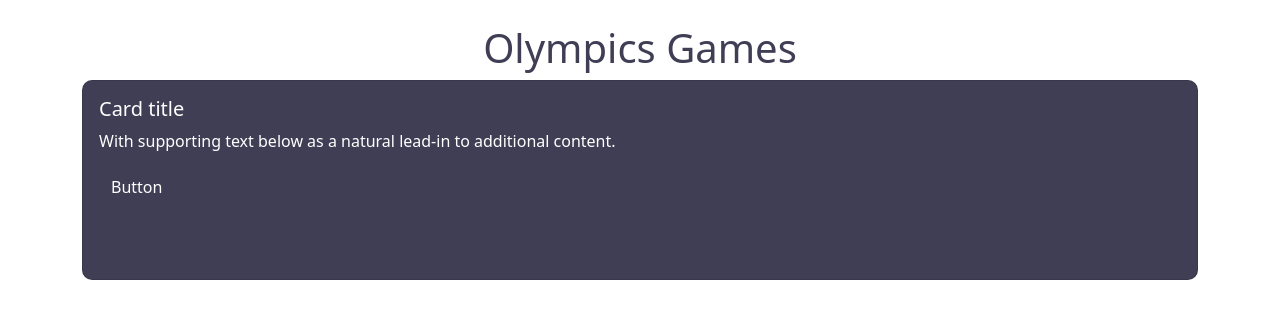
Repository: ahmedazawi/olympic_games
Page: client/views/index.html
These files come from the project's save history. The page is drawn as it stood at one moment and after the next save; the edit follows.
The browser window is 1280 px wide. The pictures show the whole page.

Above is the page before, as saved 2021-12-24 12:58:51.

After the next save:
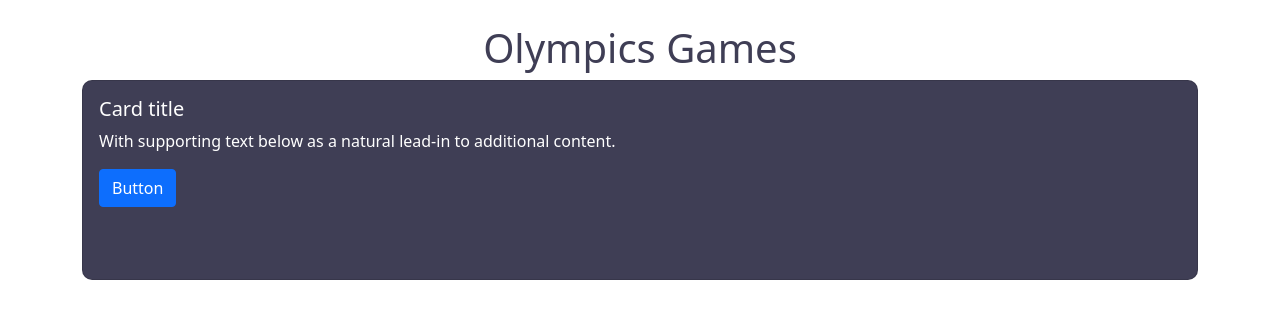
Saved 20 s later.
--- a/client/views/index.html
+++ b/client/views/index.html
@@ -27,7 +27,7 @@
                             <h5 class="card-title">Card title</h5>
                             <p class="card-text">With supporting text below as a natural lead-in to additional content.
                             </p>
-                            <a href="#" class="btn btn-primary bg-app-color">Button</a>
+                            <a href="#" class="btn btn-primary ">Button</a>
                         </div>
                     </div>
                 </div>
